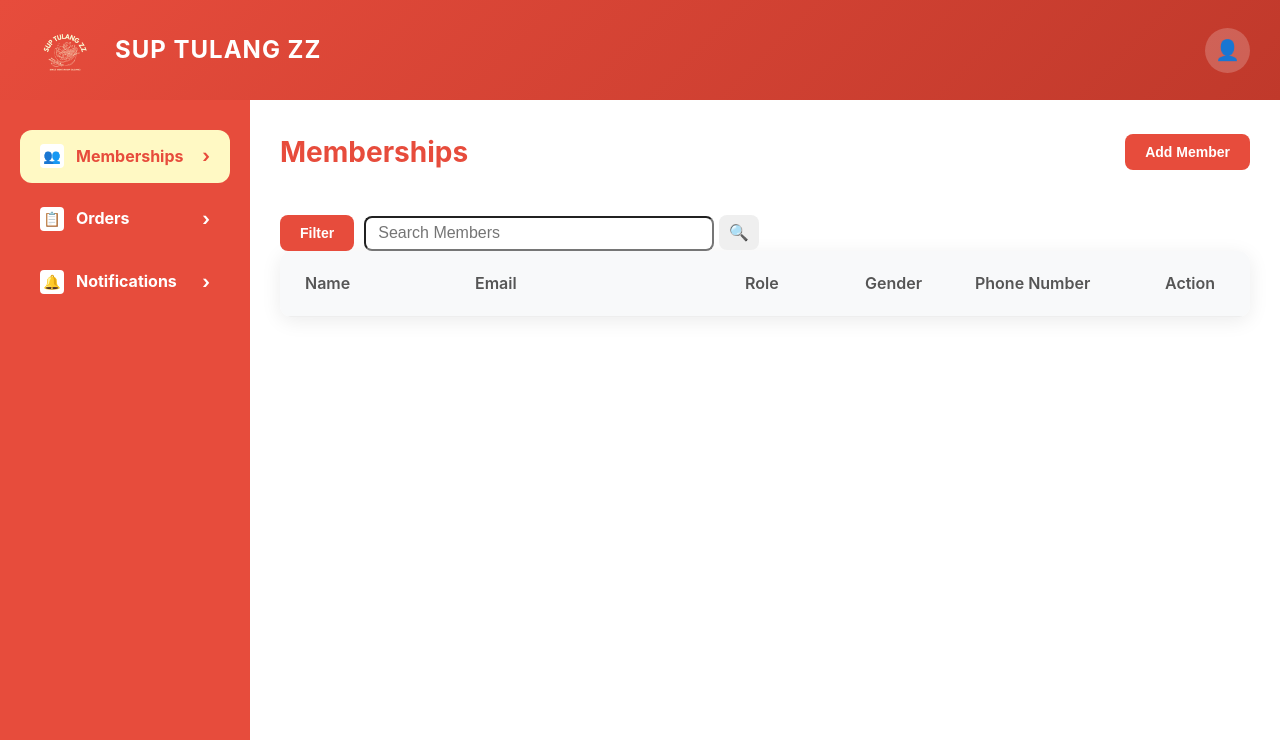
Repository: YIsheng2002/web-frontend
Page: view/Staff/dashboardStaff.html
These files come from the project's save history. The page is drawn as it stood at one moment and after the next save; the edit follows.
The browser window is 1280 px wide. The pictures show the whole page.

Above is the page before, as saved 2025-06-30 01:41:12.
Console error: TypeError: Cannot set properties of null (setting 'textContent')

### view/Staff/dashboardStaff.html
<!DOCTYPE html>
<html lang="en">

<head>
    <meta charset="UTF-8">
    <meta name="viewport" content="width=device-width, initial-scale=1.0">
    <title>SUP TULANG ZZ</title>
    <link rel="stylesheet" href="../Staff/assets/css/main.css">
    <link rel="stylesheet" href="../../assets/css/main.css">
    <link rel="stylesheet" href="./assets/css/dashboardStaff.css">
    <link rel="stylesheet" href="./assets/css/notifications.css">
    <script src="./assets/javascript/mainStaff.js"></script>


</head>

<body>
    <!-- Header -->
    <header class="header">
        <div class="logo-section">
            <img src="../../assets/images/logo.png" alt="Logo" class="logo">
            <h1 class="brand-name">SUP TULANG ZZ</h1>
        </div>

        <div class="user-menu">
            <div class="user-avatar" onclick="toggleDropdown()">
                👤
            </div>
            <div class="dropdown-menu" id="userDropdown">
                <a href="#" class="dropdown-item danger" onclick="logout()">
                    🚪 Logout
                </a>
            </div>
        </div>
    </header>

    <div class=" dashboard-container">
        <!-- Sidebar -->
        <div class="sidebar">
            <ul class="sidebar-menu">
                <li class="sidebar-item">
                    <a href="#" class="sidebar-link active" onclick="showMembership(event)">
                        <div class="sidebar-icon">👥</div>
                        <span class="sidebar-text">Memberships</span>
                        <span class="sidebar-arrow">›</span>
                    </a>
                </li>
                <li class="sidebar-item">
                    <a href="#" class="sidebar-link" onclick="showOrders(event)">
                        <div class="sidebar-icon">📋</div>
                        <span class="sidebar-text">Orders</span>
                        <span class="sidebar-arrow">›</span>
                    </a>
                </li>
                <li class="sidebar-item">
                    <a href="#" class="sidebar-link" onclick="showNotifications(event)">
                        <div class="sidebar-icon">🔔</div>
                        <span class="sidebar-text">Notifications</span>
                        <span class="sidebar-arrow">›</span>
                    </a>
                </li>
            </ul>
        </div>

        <!-- Main Content membership page -->
        <div class="main-content active" id="membership">
            <div class="membership-header">
                <h3>Memberships</h3>
                <button class="add-membership-btn" onclick="showAddMemberForm(event)">Add Member</button>
            </div>

            <div class="filter-search-function">
                <div class="dropdown-filter">
                    <button onclick="selectFilters()" class="filter-btn">Filter</button>
                    <div id="filterDropdown" class="dropdown-content">
                        <a href="#" onclick="filterByStatus('staff')">staff</a>
                        <a href="#" onclick="filterByStatus('runner')">runner</a>
                        <a href="#" onclick="filterByStatus('customer')">customer</a>
                    </div>
                </div>
                <div class="search-bar-members">
                    <input type="text" id="search-input" class="search-input" placeholder="Search Members"
                        onkeyup="searchMembership()">
                    <button class="search-btn" onclick="searchMembership()">🔍</button>
                </div>
            </div>

            <div class="members-container">
                <div class="members-header">
                    <div>Name</div>
                    <div>Email</div>
                    <div>Role</div>
                    <div>Gender</div>
                    <div>Phone Number</div>
                    <div>Action</div>
                </div>
            </div>
        </div>


        <!-- Main Content add member form -->
        <div class="main-content" id="membershipform">
            <h3>Add Member</h3>
            <form id="addMemberForm">
                <!-- Member Type Dropdown-->
                <div class='form-group'>
                    <label for="member-Type">Member Type:</label>
                    <select class="input-size" id="memberType" name="memberType" required
                        onchange="handleMemberTypeChange()">
                        <option value="">-- Select Member Type --</option>
                        <option value="staff">Staff</option>
                        <option value="runner">Runner</option>
                        <option value="customer">Customer</option>
                    </select>
                </div>

                <div class="form">
                    <div class="form-group">
                        <label for="member-firstName">First Name:</label>
                        <input type="text" class="input-size" id="member-firstName" name="member-firstName" required>
                    </div>
                    <div class="form-group">
                        <label for="member-lastName">Last Name:</label>
                        <input type="text" class="input-size" id="member-lastName" name="member-lastName" required>
                    </div>
                </div>

                <div class="form-group">
                    <label for="member-username">Username:</label>
                    <input type="username" class="input-size" id="member-username" name="member-username" required>
                </div>

                <div class="form-group">
                    <label for="member-email">Email:</label>
                    <input type="email" class="input-size" id="member-email" name="member-email" required>
                </div>

                <div class="form">
                    <div class="form-group">
                        <label for="member-password">Password:</label>
                        <input type="password" class="input-size" id="member-password" name="member-password" required>
                    </div>
                    <div class="form-group">
                        <label for="member-repassword">Re-enter Password:</label>
                        <input type="password" class="input-size" id="member-repassword" name="member-repassword"
                            required>
                    </div>
                </div>

                <div class="form-group">
                    <label for="member-phonenumber">Phone Number:</label>
                    <input type="phone-number" class="input-size" id="member-phonenumber" name="member-phonenumber"
                        required>
                </div>

                <div class='form-group'>
                    <label for="member-gender">Gender:</label>
                    <select class="input-size" id="memberGender" name="memberGender">
                        <option value="">-- Select Gender --</option>
                        <option value="Male">Male</option>
                        <option value="Female">Female</option>
                    </select>
                </div>

                <!-- Runner Type (hidden by default) -->
                <div class="form-group hidden" id="runnerTypeGroup">
                    <label for="member-runnerType">Runner Type:</label>
                    <select class="input-size" id="member-runnerType" name="member-runnerType">
                        <option value="">-- Select Runner Type --</option>
                        <option value="Grab">Grab</option>
                        <option value="FoodPanda">Food Panda</option>
                    </select>
                </div>
                <button type="submit" class="add-membershipform-btn">Add Member</button>
            </form>
        </div>

        <!-- Main Content edit member form -->
        <div class="main-content" id="editMembershipform">
            <h3>Edit Member</h3>
            <form id="editMemberForm">
                <!-- Member Type Dropdown-->
                <div class='form-group'>
                    <label for="member-Type">Member Type:</label>
                    <select class="input-size" id="memberType" name="memberType" required
                        onchange="handleMemberTypeChange()">
                        <option value="">-- Select Member Type --</option>
                        <option value="staff">Staff</option>
                        <option value="runner">Runner</option>
                        <option value="customer">Customer</option>
                    </select>
                </div>

                <div class="form">
                    <div class="form-group">
                        <label for="member-firstName">First Name:</label>
                        <input type="text" class="input-size" id="member-firstName" name="member-firstName" required>
                    </div>
                    <div class="form-group">
                        <label for="member-lastName">Last Name:</label>
                        <input type="text" class="input-size" id="member-lastName" name="member-lastName" required>
                    </div>
                </div>

                <div class="form-group">
                    <label for="member-username">Username:</label>
                    <input type="username" class="input-size" id="member-username" name="member-username" required>
                </div>

                <div class="form-group">
                    <label for="member-email">Email:</label>
                    <input type="email" class="input-size" id="member-email" name="member-email" required>
                </div>


                <div class="form-group">
                    <label for="member-phonenumber">Phone Number:</label>
                    <input type="phone-number" class="input-size" id="member-phonenumber" name="member-phonenumber"
                        required>
                </div>

                <div class='form-group'>
                    <label for="member-gender">Gender:</label>
                    <select class="input-size" id="memberGender" name="memberGender">
                        <option value="">-- Select Gender --</option>
                        <option value="Male">Male</option>
                        <option value="Female">Female</option>
                    </select>
                </div>

                <!-- Runner Type (hidden by default) -->
                <div class="form-group hidden" id="runnerTypeGroup">
                    <label for="member-runnerType">Runner Type:</label>
                    <select class="input-size" id="member-runnerType" name="member-runnerType">
                        <option value="">-- Select Runner Type --</option>
                        <option value="Grab">Grab</option>
                        <option value="FoodPanda">Food Panda</option>
                    </select>
                </div>
           <button type="submit" class="edit-membershipform-btn">Edit Member</button>
            <button type="reset" class="cancel-edit-btn" onclick="cancelEdit()">Cancel</button>
            </form>
        </div>

        <!-- Main orders page -->
        <div class="main-content" id="orders">
            <h3>Orders</h3>
            <!-- Navigation Tabs -->
            <div class="nav-tabs">
                <button class="nav-tab active" onclick="showOrderTab('new-orders',event)">New Orders</button>
                <button class="nav-tab" onclick="showOrderTab('current-orders',event)">Current Orders</button>
                <button class="nav-tab" onclick="showOrderTab('completed-orders',event)">Completed Orders</button>
            </div>

            <!-- New Orders -->
            <div id="new-orders" class="page active">
                <div class="orders-container">
                    <div class="orders-header">
                        <div>Order Id</div>
                        <div>Customer</div>
                        <div>Address</div>
                        <div>Action</div>
                    </div>
                </div>
            </div>

            <!-- Current Orders Page -->
            <div id="current-orders" class="page">
                <h2 class="page-title">Current Orders</h2>

                <div class="orders-container">
                    <div class="orders-header">
                        <div>Order&nbsp;Id</div>
                        <div>Customer</div>
                        <div>Address</div>
                        <div>Action</div>
                    </div>

                    <!-- Row 1 -->
                    <div class="order-row highlighted">
                        <div class="order-id">Order#22007</div>
                        <div class="customer-name">Nurul Aisyah</div>
                        <div class="customer-address">77, Jalan Kenanga, Taman Melawati, 75250 Melaka</div>
                        <div class="assign-runner">
                            <select onchange="assignRunner(this.value, '22007')" class="runner-dropdown">
                                <option selected disabled>Assign Runner</option>
                                <option value="Runner1">Grab</option>
                                <option value="Runner2">Food Panda</option>
                            </select>
                        </div>
                    </div>

                    <!-- Row 2 -->
                    <div class="order-row">
                        <div class="order-id">Order#22008</div>
                        <div class="customer-name">Lim Guan&nbsp;Yi</div>
                        <div class="customer-address">56, Jalan Tun Fatimah, Taman Sri Melaka, 75400 Melaka</div>
                        <div class="assign-runner">
                            <select onchange="assignRunner(this.value, '22008')" class="runner-dropdown">
                                <option selected disabled>Assign Runner</option>
                                <option value="Runner1">Grab</option>
                                <option value="Runner2">Food Panda</option>
                            </select>
                        </div>
                    </div>

                    <!-- Row 3 -->
                    <div class="order-row highlighted">
                        <div class="order-id">Order#22009</div>
                        <div class="customer-name">Maria Gonzales</div>
                        <div class="customer-address">101, Jalan Tun Razak, Taman Maju, 75350 Melaka</div>
                        <div class="assign-runner">
                            <select onchange="assignRunner(this.value, '22009')" class="runner-dropdown">
                                <option selected disabled>Assign Runner</option>
                                <option value="Runner1">Grab</option>
                                <option value="Runner2">Food Panda</option>
                            </select>
                        </div>
                    </div>

                    <!-- Row 4 -->
                    <div class="order-row">
                        <div class="order-id">Order#22010</div>
                        <div class="customer-name">Jason Lee</div>
                        <div class="customer-address">9, Jalan Bunga Raya, Taman Damai, 75460 Melaka</div>
                        <div class="assign-runner">
                            <select onchange="assignRunner(this.value, '22010')" class="runner-dropdown">
                                <option selected disabled>Assign Runner</option>
                                <option value="Runner1">Grab</option>
                                <option value="Runner2">Food Panda</option>
                            </select>
                        </div>
                    </div>

                    <!-- Row 5 -->
                    <div class="order-row highlighted">
                        <div class="order-id">Order#22011</div>
                        <div class="customer-name">Putri Zulaikha</div>
                        <div class="customer-address">42, Jalan Permata, Taman Indah, 75240 Melaka</div>
                        <div class="assign-runner">
                            <select onchange="assignRunner(this.value, '22011')" class="runner-dropdown">
                                <option selected disabled>Assign Runner</option>
                                <option value="Runner1">Grab</option>
                                <option value="Runner2">Food Panda</option>
                            </select>
                        </div>
                    </div>

                    <!-- Row 6 -->
                    <div class="order-row">
                        <div class="order-id">Order#22012</div>
                        <div class="customer-name">Ravi Kumar</div>
                        <div class="customer-address">23, Jalan Seri Cemerlang, Taman Damai Mewah, 75310 Melaka</div>
                        <div class="assign-runner">
                            <select onchange="assignRunner(this.value, '22012')" class="runner-dropdown">
                                <option selected disabled>Assign Runner</option>
                                <option value="Runner1">Grab</option>
                                <option value="Runner2">Food Panda</option>
                            </select>
                        </div>
                    </div>
                </div>
            </div>

            <!-- Completed Orders Page -->
            <div id="completed-orders" class="page">
                <h2 class="page-title">Completed Orders</h2>


                <div class="orders-container">
                    <div class="orders-header">
                        <div>Order Id</div>
                        <div>Customer</div>
                        <div>Completed At</div>
                        <div>Status</div>
                    </div>

                    <div class="order-row">
                        <div class="order-id">Order#21345</div>
                        <div class="customer-name">Michelle</div>
                        <div class="customer-address">100, Jalan Bandar, Taman Bahagia, 50000 Durian Tunggal</div>
                        <div class="status-tag status-waiting" style="background: #96ff96; color: #214b17;">
                            Completed</div>
                    </div>

                    <div class="order-row highlighted">
                        <div class="order-id">Order#21346</div>
                        <div class="customer-name">Marvin McKinney</div>
                        <div class="customer-address">100, Jalan Bandar, Taman Bahagia, 50000 Durian Tunggal</div>
                        <div class="status-tag status-waiting" style="background: #96ff96; color: #214b17;">
                            Completed</div>
                    </div>
                </div>
            </div>
        </div>
        <div id="notifications" class="main-content">
            <div class="notifications-container">
                <div class="notifications-header">
                    <div class="notifications-title">
                        <i class="fas fa-bell"></i>
                        Delivery Notifications
                    </div>
                    <button class="mark-all-read" onclick="markAllAsRead()">
                        <i class="fas fa-check-double"></i> Mark All Read
                    </button>
                </div>

                <div class="filter-tabs">
                    <button class="filter-tab active" onclick="filterNotifications('all')">All</button>
                    <button class="filter-tab" onclick="filterNotifications('unread')">Unread</button>
                    <button class="filter-tab" onclick="filterNotifications('preparing')">Preparing</button>
                    <button class="filter-tab" onclick="filterNotifications('ready')">Ready</button>
                    <button class="filter-tab" onclick="filterNotifications('delivered')">Delivered</button>
                </div>

                <div class="notifications-list" id="notifications-list">
                    <!-- Notifications will be loaded here -->
                </div>
            </div>
        </div>


        <script src="./assets/javascript/dashboardStaff.js"></script>
        <script src="./assets/js/notifications.js"></script>
</body>

</html>

### view/Staff/assets/css/main.css
* {
    margin: 0;
    padding: 0;
    box-sizing: border-box;
}

body {
    font-family: -apple-system, BlinkMacSystemFont, 'Segoe UI', Roboto, sans-serif;
    line-height: 1.6;
    color: #333;
    background-color: #f5f5f5;
}

.btn-primary {
    background: linear-gradient(135deg, #667eea 0%, #764ba2 100%);
    color: white;
    border: none;
    padding: 12px 24px;
    border-radius: 8px;
    font-size: 16px;
    font-weight: 600;
    cursor: pointer;
    transition: all 0.3s ease;
    width: 100%;
}

.btn-primary:hover {
    transform: translateY(-2px);
    box-shadow: 0 8px 25px rgba(102, 126, 234, 0.3);
}

.btn-primary:active {
    transform: translateY(0);
}

### assets/css/main.css
:root{
    --primary-color: #DE4345;
    --secondary-color: #F8FAD4;
    --white-color: #FFFFFF;
    --header-font-color: #212121;
    --header6-font-color: #424242;
    --light-red: #FF7877;
}

* {
    margin: 0;
    padding: 0;
    box-sizing: border-box;
}

body {
    font-family: -apple-system, BlinkMacSystemFont, 'Segoe UI', Roboto, sans-serif;
    line-height: 1.6;
    color: var(--header6-font-color);
    background-color: #f5f5f5;
}

.btn-primary {
    background: linear-gradient(135deg, var(--primary-color) 0%, var(--light-red) 100%);
    color: white;
    border: none;
    padding: 12px 24px;
    border-radius: 8px;
    font-size: 16px;
    font-weight: 600;
    cursor: pointer;
    transition: all 0.3s ease;
    width: 100%;
}

.btn-primary:hover {
    transform: translateY(-5px);
    box-shadow: 0 8px 25px rgba(253, 114, 92, 0.22);
}

.btn-primary:active {
    transform: translateY(0);
}

/* Header Styles */
.header {
    background: linear-gradient(135deg, #e74c3c, #c0392b);
    color: white;
    padding: 15px 30px;
    display: flex;
    justify-content: space-between;
    align-items: center;
    box-shadow: 0 2px 10px rgba(0,0,0,0.1);
}

.logo-section {
    display: flex;
    align-items: center;
    gap: 15px;
}

.logo {
    width: 70px;
    height: 70px;
    display: flex;
    align-items: center;
    justify-content: center;
    font-weight: bold;
    font-size: 18px;
}

.brand-name {
    font-size: 28px;
    font-weight: bold;
    letter-spacing: 1px;
}

Loaded but not shown: view/Staff/assets/javascript/dashboardStaff.js (610 lines, source omitted); view/Staff/assets/js/notifications.js (246 lines, source omitted); view/Staff/assets/javascript/mainStaff.js (232 lines, source omitted); view/Staff/assets/css/dashboardStaff.css (891 lines, source omitted); view/Staff/assets/css/notifications.css (306 lines, source omitted)

After the next save:
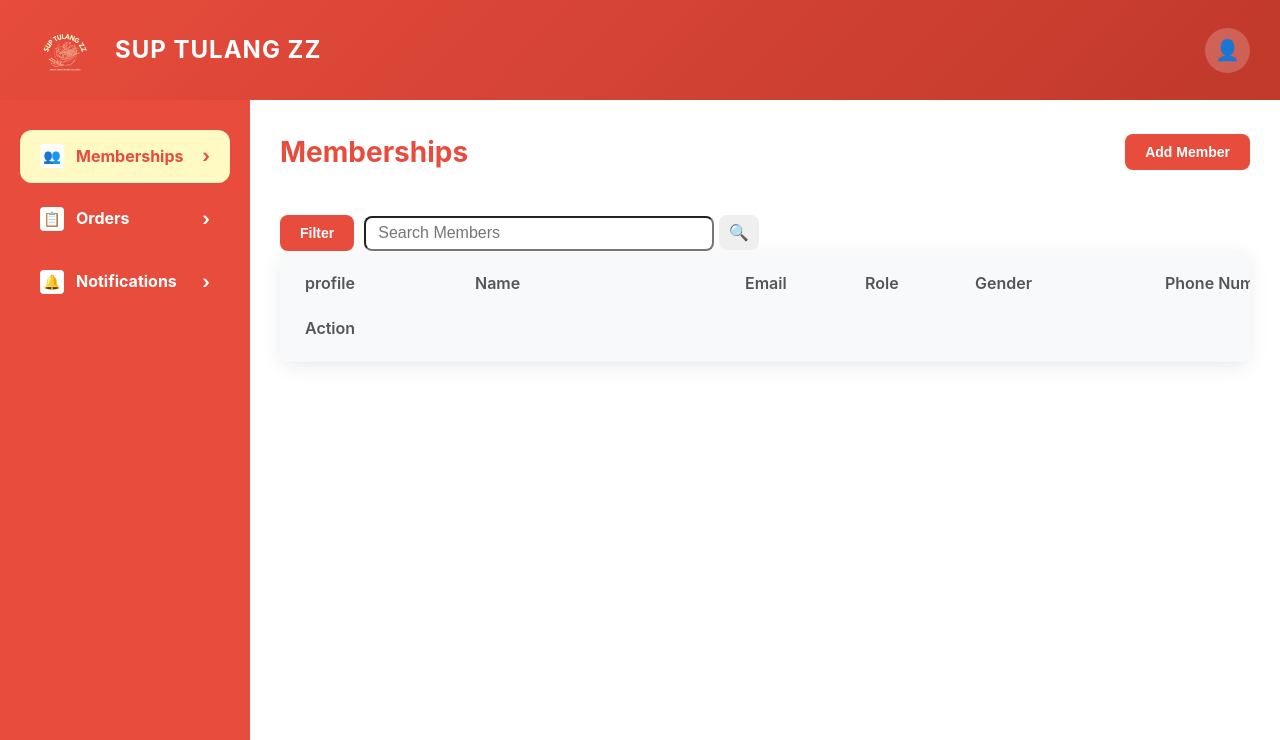
Saved 45 s later.
--- a/view/Staff/dashboardStaff.html
+++ b/view/Staff/dashboardStaff.html
@@ -87,6 +87,7 @@
 
             <div class="members-container">
                 <div class="members-header">
+                    <div>profile</div>
                     <div>Name</div>
                     <div>Email</div>
                     <div>Role</div>
